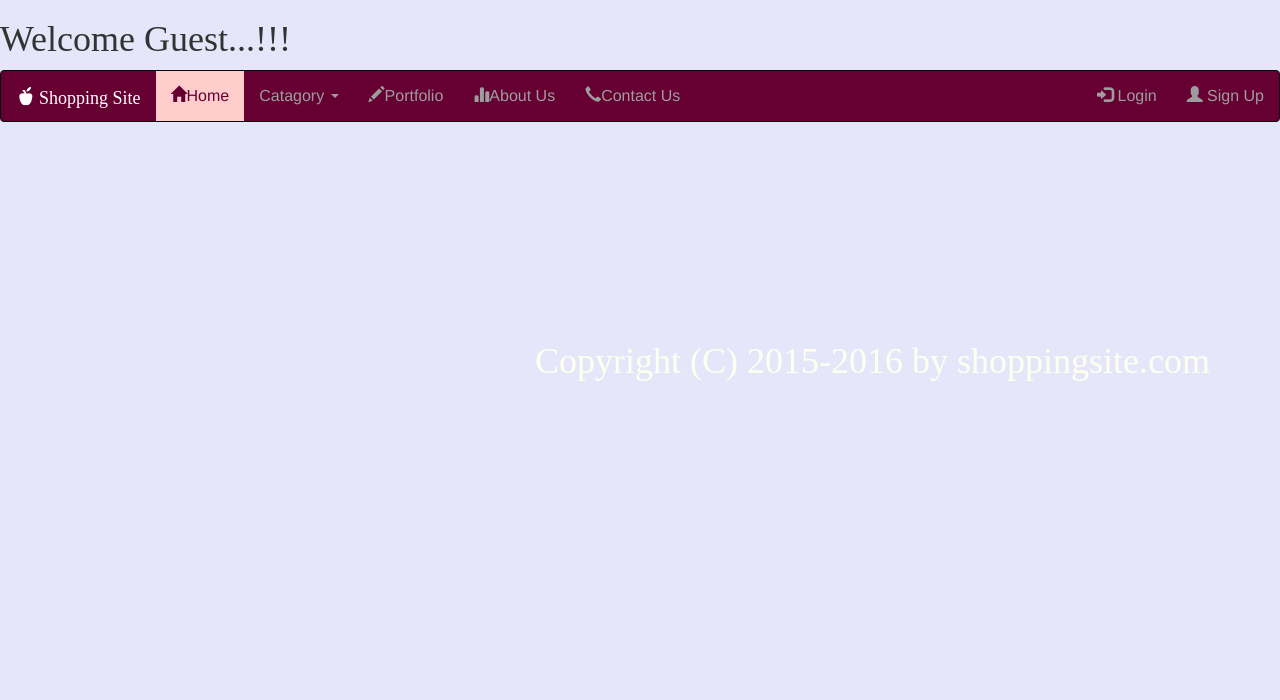
Repository: priyasuthakar/priya
Page: http://localhost/Apple/WEB-INF/views/productinfo.jsp
An editor plug-in stored every save of this project. The page is shown before and after the next save, followed by the edit.
The browser window is 1280 px wide. The pictures show the whole page.
Some web libraries are served in a nearby version. The page is served by Tomcat 9. Nobody is signed in. Other server files are loaded and not shown. The template is opened directly, without the code that normally fills it, so the values that code supplies are empty.

Above is the page before, as saved 2016-08-25 18:27:18.

### Apple/src/main/webapp/WEB-INF/views/productinfo.jsp
<%@ page language="java" contentType="text/html; charset=ISO-8859-1"
	pageEncoding="ISO-8859-1"%>
<%@ taglib uri="http://java.sun.com/jsp/jstl/core" prefix="c"%>
<%@ taglib uri="http://www.springframework.org/tags" prefix="spring"%>
<%@ taglib uri="http://www.springframework.org/tags/form" prefix="form"%>

<%@page isELIgnored="false"%>
<%@include file="/WEB-INF/views/Header.jsp"%>

<!DOCTYPE html PUBLIC "-//W3C//DTD HTML 4.01 Transitional//EN" "http://www.w3.org/TR/html4/loose.dtd">
<html>
<head>
<meta http-equiv="Content-Type" content="text/html; charset=ISO-8859-1">
<meta name="viewport" content="width=device-width, initial-scale=1">
<title>My Shopping</title>
<!-- Latest compiled and minified CSS -->
<link rel="stylesheet"
	href="http://maxcdn.bootstrapcdn.com/bootstrap/3.3.6/css/bootstrap.min.css">

<!-- jQuery library -->
<script
	src="https://ajax.googleapis.com/ajax/libs/jquery/1.12.4/jquery.min.js"></script>

<!--Angularjs library -->
<script
	src="https://ajax.googleapis.com/ajax/libs/angularjs/1.5.7/angular.min.js"></script>

<!-- Latest compiled JavaScript -->
<script
	src="http://maxcdn.bootstrapcdn.com/bootstrap/3.3.6/js/bootstrap.min.js"></script>
<style>
.navbar {
	background-color: #660033;
	font-size: 16px !important;
}

.navbar .navbar-brand {
	color: #FFFFFF !important;
}

.navbar .li a {
	color: #FFF !important;
}

.navbar-nav li a:hover, .navbar-nav li.active a {
	color: #660033 !important;
	background-color: #FFCCCC !important;
}

.navbar-default .navbar-toggle {
	border-color: transparent;
	color: #FFCCCC !important;
}

footer .glyphicon {
	font-size: 24px;
	margin-bottom: 20px;
	color: #660033;
}

table {
	border-collapse: collapse;
}

table, tr, th, td {
	border: 2px solid black;
}

table {
	padding-left: 50%
}
</style>
</head>
<body id="myPage" data-spy="scroll" data-target=".navbar"
	data-offset="60" style="background-color: #E6E6FA">
	<div class="container">
		<c:forEach items="${productinfo}" var="product">
			<div class="col-sm-6">
			<br>
			<br>
			<br>
				<div class="item">
					<img src="resource/images/${product.id}.jpg" width=300; height=300;
						class="img-responsive">
				</div>
			</div>
			<div class="col-sm-6">
			<br>
			<br>
				<br> <br> <b>PROID:</b> ${product.id}
				<br> <br> <b>NAME:</b> ${product.name}
				<br> <br> <b>COLOR:</b> ${product.color}
				<br> <br> <b>PRICE: Rs.</b> ${product.price}
				<br> <br><button type="#" class="btn btn-primary">BUY NOW</button>
				<button type="#" class="btn btn-primary">ADD TO CART</button>
			</div>
		</c:forEach>
		<br>
		<br>
			<br>
		<br>
		<br>
		<br>
		<br>
		<br>
		<br>

		<%@include file="Footer.jsp"%>
</body>
</html>

### Apple/src/main/webapp/WEB-INF/views/Header.jsp
<%@ page language="java" contentType="text/html; charset=ISO-8859-1"
	pageEncoding="ISO-8859-1"%>
<%@ taglib uri="http://java.sun.com/jsp/jstl/core" prefix="c"%>
<!DOCTYPE html PUBLIC "-//W3C//DTD HTML 4.01 Transitional//EN" "http://www.w3.org/TR/html4/loose.dtd">
<html>
<head>
<meta http-equiv="Content-Type" content="text/html; charset=ISO-8859-1">
</head>
<body>
	<c:choose>
		<c:when test="${empty loggedInUser}">
			<font face="Harlow Solid Italic"><h1>Welcome Guest...!!!</h1></font>
		</c:when>
		<c:when test="${not empty loggedInUser}">
			<font face="Harlow Solid Italic"><h1>${loggedInUser}</h1></font>
		</c:when>
	</c:choose>
	<div class="responsive">
		<nav class="navbar navbar-inverse">
		<div class="container-fluid">
			<div class="navbar-header">
				<a class="navbar-brand"> <span class="glyphicon glyphicon-apple"></span>
					<font face="Script MT Bold"> Shopping Site </font>
				</a>
			</div>
			<ul class="nav navbar-nav">
				<li class="active"><a href="Home"><span
						class="glyphicon glyphicon-home"></span>Home</a></li>
				<li class="dropdown"><a class="dropdown-toggle"
					data-toggle="dropdown" href="#"> Catagory <span class="caret"></span></a>
					<ul class="dropdown-menu">
						<li><a href="product1?catname=Desktop">Desktop</a></li>
						<li><a href="product1?catname=Laptop">Laptop</a></li>
						<li><a href="product1?catname=Iphone">Iphone</a></li>
						<li><a href="product1?catname=Ipad">Ipad</a></li>
						<li><a href="product1?catname=Ipod">Ipod</a></li>
						<li><a href="product1?catname=Accessories">Accessories</a></li>
					</ul></li>
				<li><a href="portfolio"><span
						class="glyphicon glyphicon-pencil"></span>Portfolio</a></li>
				<li><a href="about"><span class="glyphicon glyphicon-stats"></span>About
						Us</a></li>
				<li><a href="contactus"><span
						class="glyphicon glyphicon-earphone"></span>Contact Us</a></li>
			</ul>
			<ul class="nav navbar-nav navbar-right">
					<c:choose>
					<c:when test="${empty loggedInUser}">
						<li><a href="login"><span
								class="glyphicon glyphicon-log-in"></span> Login</a></li>
						<li><a href="reg"><span class="glyphicon glyphicon-user"></span>
								Sign Up</a></li>
					</c:when>
					<c:when test="${not empty loggedInUser}">
					<li><a href="viewcart"><span
							class="glyphicon glyphicon-shopping-cart"></span>Cart</a></li>
						<li><a href="logout"><span
								class="glyphicon glyphicon-user"></span> Logout</a></li>
					</c:when>
				</c:choose>
			</ul>
		</div>
		</nav>
	</div>
</body>
</html>

### Apple/src/main/webapp/WEB-INF/views/Footer.jsp
<%@ page language="java" contentType="text/html; charset=ISO-8859-1"
    pageEncoding="ISO-8859-1"%>
<!DOCTYPE html PUBLIC "-//W3C//DTD HTML 4.01 Transitional//EN" "http://www.w3.org/TR/html4/loose.dtd">
<html>
<head>
<meta http-equiv="Content-Type" content="text/html; charset=ISO-8859-1">
<title>footer</title>
</head>
<body>
<nav>
<ul class="nav navbar-nav navbar-right">
<footer class="container-fluid bg-4 text-center">
  <font face="Harlow Solid Italic" color="#FFFFF"><h1>Copyright (C) 2015-2016 by shoppingsite.com </h1></font>
</footer>
</ul>
</nav>
</body>
</html>

After the next save:
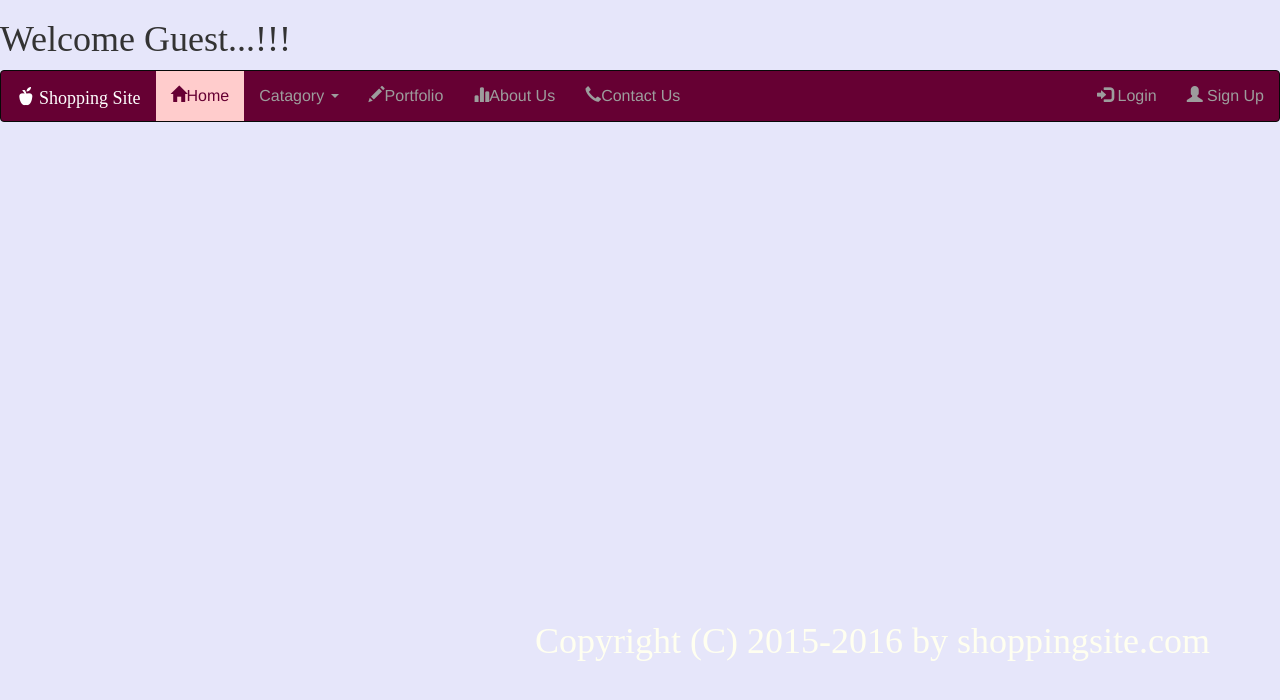
Saved 18 s later.
--- a/Apple/src/main/webapp/WEB-INF/views/productinfo.jsp
+++ b/Apple/src/main/webapp/WEB-INF/views/productinfo.jsp
@@ -104,7 +104,20 @@ table {
 		<br>
 		<br>
 		<br>
-
+		<br>
+		<br>
+		<br>
+		<br>
+		<br>
+		<br>
+		<br>
+		<br>
+		<br>
+		<br>
+		<br>
+		<br>
+		<br>
+		<br>
 		<%@include file="Footer.jsp"%>
 </body>
 </html>
